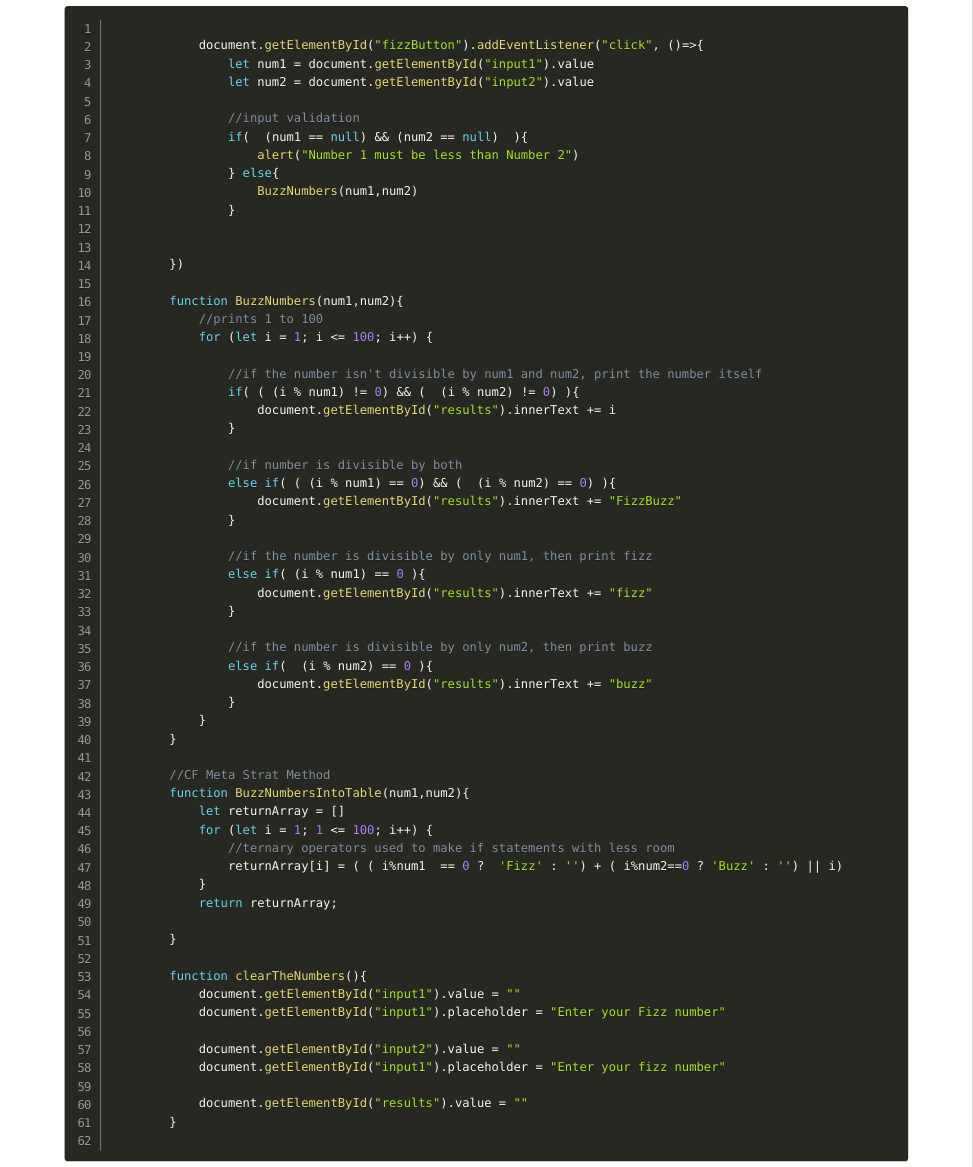
Repository: zhadjah9559/FizzBuzz
Page: code.html
The author's editor kept a copy of each file at every save. The page is drawn from the files as they stood at one save, then again after a run of saves.
The browser window is 1280 px wide. The pictures show the whole page, at 76% of full size.

Above is the page before, as saved 2021-01-12 15:34:58.

### code.html
<!doctype html>
<html lang="en">
  <head>
    <title>Title</title>
    <!-- Required meta tags -->
    <meta charset="utf-8">
    <meta name="viewport" content="width=device-width, initial-scale=1, shrink-to-fit=no">

    <!-- Bootstrap CSS -->
    <link rel="stylesheet" href="https://stackpath.bootstrapcdn.com/bootstrap/4.3.1/css/bootstrap.min.css" integrity="sha384-ggOyR0iXCbMQv3Xipma34MD+dH/1fQ784/j6cY/iJTQUOhcWr7x9JvoRxT2MZw1T" crossorigin="anonymous">
    <link rel="stylesheet" href="css/prism.css">


</head>
  <body>

    <div class="container">
        <div class="row">
            <div class="col">

                <pre class="line-numbers"><code class="language-javascript">
            document.getElementById("fizzButton").addEventListener("click", ()=>{
                let num1 = document.getElementById("input1").value
                let num2 = document.getElementById("input2").value

                //input validation
                if(  (num1 == null) && (num2 == null)  ){
                    alert("Number 1 must be less than Number 2")
                } else{
                    BuzzNumbers(num1,num2)
                }


        })

        function BuzzNumbers(num1,num2){
            //prints 1 to 100
            for (let i = 1; i <= 100; i++) {

                //if the number isn't divisible by num1 and num2, print the number itself
                if( ( (i % num1) != 0) && (  (i % num2) != 0) ){
                    document.getElementById("results").innerText += i
                }

                //if number is divisible by both
                else if( ( (i % num1) == 0) && (  (i % num2) == 0) ){
                    document.getElementById("results").innerText += "FizzBuzz"
                }

                //if the number is divisible by only num1, then print fizz
                else if( (i % num1) == 0 ){
                    document.getElementById("results").innerText += "fizz"
                }

                //if the number is divisible by only num2, then print buzz
                else if(  (i % num2) == 0 ){
                    document.getElementById("results").innerText += "buzz"
                }
            }
        }

        //CF Meta Strat Method
        function BuzzNumbersIntoTable(num1,num2){
            let returnArray = []
            for (let i = 1; 1 <= 100; i++) {
                //ternary operators used to make if statements with less room
                returnArray[i] = ( ( i%num1  == 0 ?  'Fizz' : '') + ( i%num2==0 ? 'Buzz' : '') || i)
            }
            return returnArray;

        }

        function clearTheNumbers(){
            document.getElementById("input1").value = ""
            document.getElementById("input1").placeholder = "Enter your Fizz number"

            document.getElementById("input2").value = ""
            document.getElementById("input1").placeholder = "Enter your fizz number"

            document.getElementById("results").value = ""
        }
            </code></pre>

            </div>
        </div>
    </div>







    <!-- Optional JavaScript -->
    <!-- jQuery first, then Popper.js, then Bootstrap JS -->
    <script src="https://code.jquery.com/jquery-3.3.1.slim.min.js" integrity="sha384-q8i/X+965DzO0rT7abK41JStQIAqVgRVzpbzo5smXKp4YfRvH+8abtTE1Pi6jizo" crossorigin="anonymous"></script>
    <script src="https://cdnjs.cloudflare.com/ajax/libs/popper.js/1.14.7/umd/popper.min.js" integrity="sha384-UO2eT0CpHqdSJQ6hJty5KVphtPhzWj9WO1clHTMGa3JDZwrnQq4sF86dIHNDz0W1" crossorigin="anonymous"></script>
    <script src="https://stackpath.bootstrapcdn.com/bootstrap/4.3.1/js/bootstrap.min.js" integrity="sha384-JjSmVgyd0p3pXB1rRibZUAYoIIy6OrQ6VrjIEaFf/nJGzIxFDsf4x0xIM+B07jRM" crossorigin="anonymous"></script>
    <script src="js/prism.js"></script>


    </body>
</html>

### css/prism.css
/* PrismJS 1.23.0
https://prismjs.com/download.html#themes=prism-okaidia&languages=markup+css+clike+javascript&plugins=line-numbers */
/**
 * okaidia theme for JavaScript, CSS and HTML
 * Loosely based on Monokai textmate theme by http://www.monokai.nl/
 * @author ocodia
 */

code[class*="language-"],
pre[class*="language-"] {
	color: #f8f8f2;
	background: none;
	text-shadow: 0 1px rgba(0, 0, 0, 0.3);
	font-family: Consolas, Monaco, 'Andale Mono', 'Ubuntu Mono', monospace;
	font-size: 1em;
	text-align: left;
	white-space: pre;
	word-spacing: normal;
	word-break: normal;
	word-wrap: normal;
	line-height: 1.5;

	-moz-tab-size: 4;
	-o-tab-size: 4;
	tab-size: 4;

	-webkit-hyphens: none;
	-moz-hyphens: none;
	-ms-hyphens: none;
	hyphens: none;
}

/* Code blocks */
pre[class*="language-"] {
	padding: 1em;
	margin: .5em 0;
	overflow: auto;
	border-radius: 0.3em;
}

:not(pre) > code[class*="language-"],
pre[class*="language-"] {
	background: #272822;
}

/* Inline code */
:not(pre) > code[class*="language-"] {
	padding: .1em;
	border-radius: .3em;
	white-space: normal;
}

.token.comment,
.token.prolog,
.token.doctype,
.token.cdata {
	color: #8292a2;
}

.token.punctuation {
	color: #f8f8f2;
}

.token.namespace {
	opacity: .7;
}

.token.property,
.token.tag,
.token.constant,
.token.symbol,
.token.deleted {
	color: #f92672;
}

.token.boolean,
.token.number {
	color: #ae81ff;
}

.token.selector,
.token.attr-name,
.token.string,
.token.char,
.token.builtin,
.token.inserted {
	color: #a6e22e;
}

.token.operator,
.token.entity,
.token.url,
.language-css .token.string,
.style .token.string,
.token.variable {
	color: #f8f8f2;
}

.token.atrule,
.token.attr-value,
.token.function,
.token.class-name {
	color: #e6db74;
}

.token.keyword {
	color: #66d9ef;
}

.token.regex,
.token.important {
	color: #fd971f;
}

.token.important,
.token.bold {
	font-weight: bold;
}
.token.italic {
	font-style: italic;
}

.token.entity {
	cursor: help;
}

pre[class*="language-"].line-numbers {
	position: relative;
	padding-left: 3.8em;
	counter-reset: linenumber;
}

pre[class*="language-"].line-numbers > code {
	position: relative;
	white-space: inherit;
}

.line-numbers .line-numbers-rows {
	position: absolute;
	pointer-events: none;
	top: 0;
	font-size: 100%;
	left: -3.8em;
	width: 3em; /* works for line-numbers below 1000 lines */
	letter-spacing: -1px;
	border-right: 1px solid #999;

	-webkit-user-select: none;
	-moz-user-select: none;
	-ms-user-select: none;
	user-select: none;

}

	.line-numbers-rows > span {
		display: block;
		counter-increment: linenumber;
	}

		.line-numbers-rows > span:before {
			content: counter(linenumber);
			color: #999;
			display: block;
			padding-right: 0.8em;
			text-align: right;
		}

Loaded but not shown: js/prism.js (library)

After the next 2 saves:
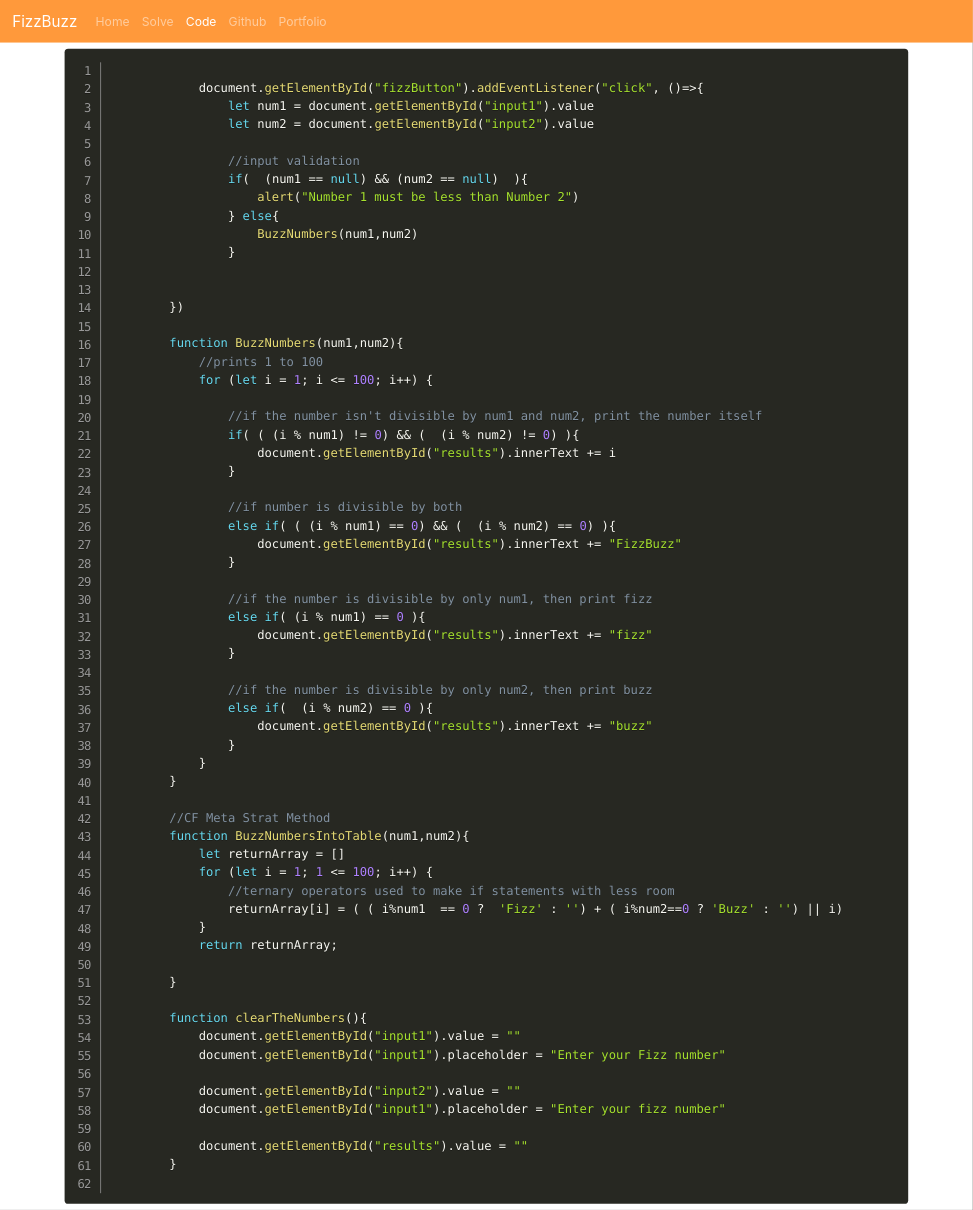
The 2 saves are shown as one change because they came seconds apart.
The last was saved 8 s later.
--- a/code.html
+++ b/code.html
@@ -13,6 +13,35 @@
 
 </head>
   <body>
+
+    <nav class="navbar navbar-expand-sm navbar-dark" style="background-color: #ff993b;">
+        <a class="navbar-brand" href="#">FizzBuzz</a>
+        <button class="navbar-toggler d-lg-none" type="button" data-toggle="collapse" data-target="#collapsibleNavId" aria-controls="collapsibleNavId"
+            aria-expanded="false" aria-label="Toggle navigation"></button>
+        <div class="collapse navbar-collapse" id="collapsibleNavId">
+            <ul class="navbar-nav mr-auto mt-2 mt-lg-0">
+                <li class="nav-item">
+                    <a class="nav-link" href="index.html">Home </a>
+                </li>
+                <li class="nav-item">
+                    <a class="nav-link" href="solve.html">Solve </a>
+                </li>
+                <li class="nav-item">
+                    <a class="nav-link active" href="code.html">Code <span class="sr-only">(current)</span></a>
+                </li>
+                <li class="nav-item">
+                    <a class="nav-link" target="_blank" href="https://github.com/zhadjah9559/FizzBuzz">Github</a>
+                </li>
+                <li class="nav-item">
+                    <a class="nav-link" target="_blank" href="https://www.zacharyhadjah.netlify.app">Portfolio</a>
+                </li>
+
+
+            </ul>
+        </div>
+    </nav>
+
+
 
     <div class="container">
         <div class="row">
